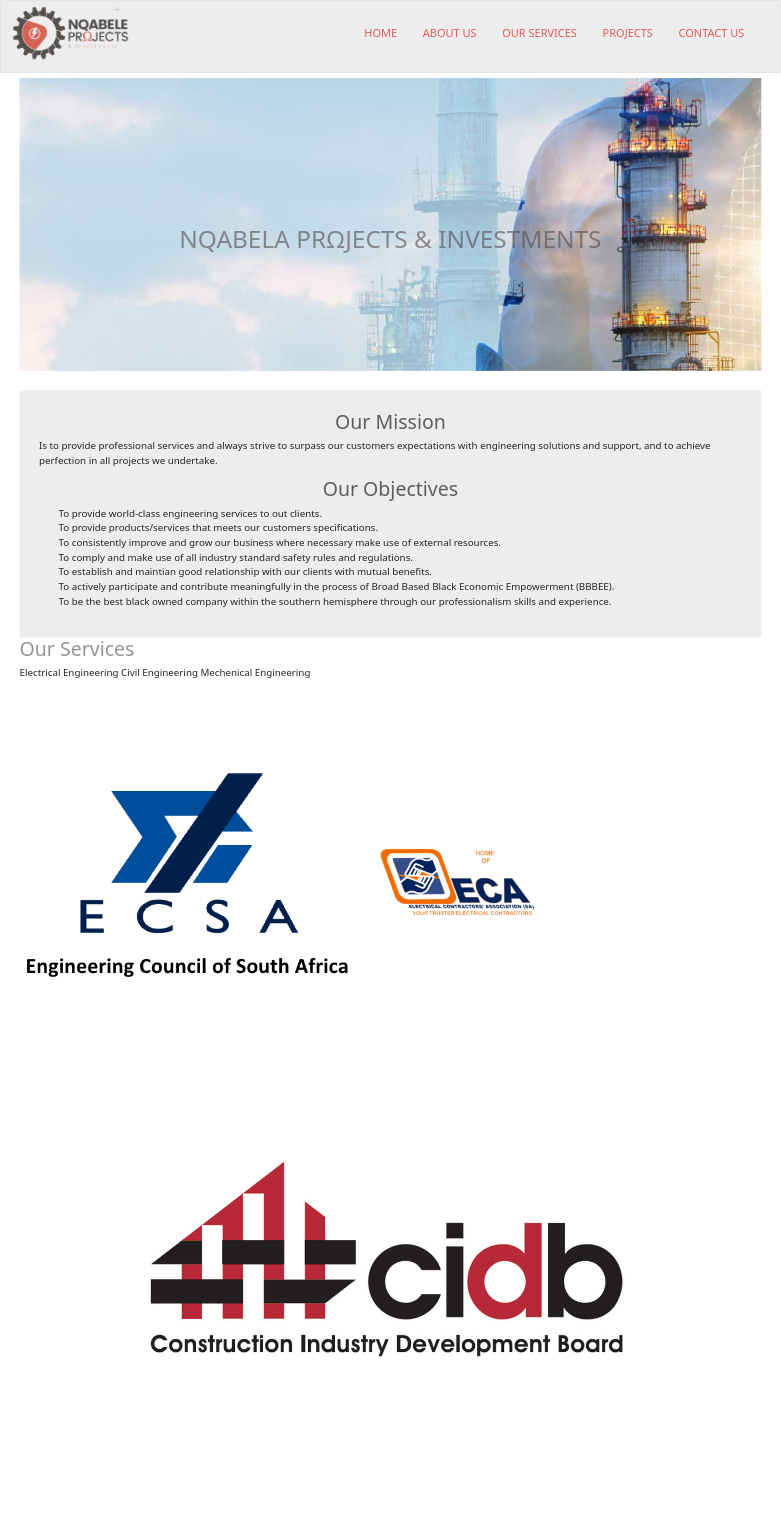
Repository: mnqobiMenzi/Nqabela
Page: index.html
These files come from the project's save history. The page is drawn as it stood at one moment and after the next save; the edit follows.
The browser window is 1280 px wide. The pictures show the whole page, at 61% of full size.

Above is the page before, as saved 2024-01-30 20:55:19.

### index.html
<!DOCTYPE html>
<html lang="en">
<head>
    <meta charset="UTF-8">
    <meta name="viewport" content="width=device-width, initial-scale=1.0">
    <link rel="stylesheet" href="https://cdnjs.cloudflare.com/ajax/libs/font-awesome/6.5.1/css/all.min.css" integrity="sha512-DTOQO9RWCH3ppGqcWaEA1BIZOC6xxalwEsw9c2QQeAIftl+Vegovlnee1c9QX4TctnWMn13TZye+giMm8e2LwA==" crossorigin="anonymous" referrerpolicy="no-referrer" />
    <link rel="stylesheet" href="https://cdnjs.cloudflare.com/ajax/libs/normalize/8.0.1/normalize.min.css" integrity="sha512-NhSC1YmyruXifcj/KFRWoC561YpHpc5Jtzgvbuzx5VozKpWvQ+4nXhPdFgmx8xqexRcpAglTj9sIBWINXa8x5w==" crossorigin="anonymous" referrerpolicy="no-referrer" />
    <link href="https://cdn.jsdelivr.net/npm/bootstrap@5.3.2/dist/css/bootstrap.min.css" rel="stylesheet" integrity="sha384-T3c6CoIi6uLrA9TneNEoa7RxnatzjcDSCmG1MXxSR1GAsXEV/Dwwykc2MPK8M2HN" crossorigin="anonymous">
    <title>Nqabela Projects &amp; Investments</title>
    <link rel="icon" href="images/icon.ico" type="image/x-icon">
    <link rel="stylesheet" href="style/style.css">
</head>
<body>
    <header>
        <nav class="navbar">
            <div class="logo">
                <a href="#"><img src="images/logo.png" alt="Nqabela_logo" class="logo-img"></a>
            </div>
            <ul class="navbar-list">
                <li class="navbar-item"><a href="#" class="navbar-link active">Home</a></li>
                <li class="navbar-item"><a href="aboutus.html" class="navbar-link active">About Us</a></li>
                <li class="navbar-item"><a href="services.html" class="navbar-link active">Our Services</a></li>
                <li class="navbar-item"><a href="projects.html" class="navbar-link active">Projects</a></li>
                <li class="navbar-item"><a href="contactus.html" class="navbar-link active">Contact Us</a></li>
            </ul>
        </nav>
    </header>
    <section>
        <div class="slider">
            <h1>NQABELA PR&Omega;JECTS &amp; INVESTMENTS</h1>
        </div>
        <div class="content">
            <h2>Our Mission</h2>
            <p>Is to provide professional services and always strive to surpass our customers expectations with engineering solutions and support, and to achieve perfection in all projects we undertake.</p>
            <h2>Our Objectives</h2>
            <ul>
                <li>To provide world-class engineering services to out clients.</li>
                <li>To provide products/services that meets our customers specifications.</li>
                <li>To consistently improve and grow our business where necessary make use of external resources.</li>
                <li>To comply and make use of all industry standard safety rules and regulations.</li>
                <li>To establish and maintian good relationship with our clients with mutual benefits.</li>
                <li>To actively participate and contribute meaningfully in the process of Broad Based Black Economic Empowerment (BBBEE).</li>
                <li>To be the best black owned company within the southern hemisphere through our professionalism skills and experience.</li>
            </ul>
        </div>
        <div class="services">
            <h2>Our Services</h2>
            <span>Electrical Engineering</span>
            <span>Civil Engineering</span>
            <span>Mechenical Engineering</span>
        </div>
    </section>
    <footer>
        <div class="afiliates">
            <img src="images/Ecsa.png" alt="Engineering Council of South Africa">
            <img src="images/eca.png" alt="Electrical Contractors Association (South Africa)">
            <img src="images/Untitled-1Artboard-46.jpg" alt="Electrical Contractors Association (South Africa)">
        </div>
        <div class="social-media">

        </div>
    </footer>
</body>
<script src="https://cdn.jsdelivr.net/npm/bootstrap@5.3.2/dist/js/bootstrap.bundle.min.js" integrity="sha384-C6RzsynM9kWDrMNeT87bh95OGNyZPhcTNXj1NW7RuBCsyN/o0jlpcV8Qyq46cDfL" crossorigin="anonymous"></script>
<script src="https://cdnjs.cloudflare.com/ajax/libs/font-awesome/6.5.1/js/all.min.js" integrity="sha512-GWzVrcGlo0TxTRvz9ttioyYJ+Wwk9Ck0G81D+eO63BaqHaJ3YZX9wuqjwgfcV/MrB2PhaVX9DkYVhbFpStnqpQ==" crossorigin="anonymous" referrerpolicy="no-referrer"></script>
<script src="https://code.jquery.com/jquery-3.4.1.js"></script>
</html>

### style/style.css
*
{
    padding: 0;
    margin: 0;
    text-decoration: none;
    list-style: none;
    box-sizing: border-box;
}

:root{
    --textColor: rgb(82, 77, 77, 0.1);
    --backgroundColor: rgb(221, 92, 92);
    --hTagColor: rgb(82, 77, 77, 0.6);
}

section{
    padding: 8em 2em 8em 2em;
}

img{
    max-height: 100%;
    max-width: 100%;
}

h1, h2, h3, h4, h5, h6{
    font-size: bold;
    color: var(--hTagColor);
}

/* header */
nav.navbar{
    height: 120px;
    width: 100%;
    background: var(--textColor);
    position: fixed;
    z-index: 100;
    border: 1px solid var(--textColor);
    border-radius: 0.2em;
    margin-left: 0.01em;
}

div.logo {
    margin: 0 1em 1em 0.5em;
}

div.logo img {
    max-width: 100%;
    max-height: 90px;
}

nav.navbar ul {
    float: left;
    margin-right: 40px;

}

nav.navbar li {
    display: inline-block;
    margin: 0 8px;
    line-height: 80px;
}

nav.navbar a {
    color: var(--backgroundColor);
    font-size: 18px;
    text-transform: uppercase;
    border: 1px solid transparent;
    padding: 7px 10px;
    border-radius: 3px;
    text-decoration: none;
}

.navbar-link:hover {
    text-decoration: none;
    border: 1.2px solid var(--backgroundColor);
    color: rgb(82, 77, 77);
    transition: all 0.5s ease-in-out;
}

/* Slider */
section div.slider{
    background-image: url(../images/civil-electrical-FoE-Slider-475x330px@4x-20.jpg);
    height: 30em;
    width: 100%;
    text-align: center;
    padding-top: 15em;
    margin-bottom: 2em;
}
/* Content */
div.content {
    background-color: var(--textColor);
    padding: 2em 2em 2em 2em;
}

div.content h2{
    color: rgb(82, 77, 77, 0.9);
    text-align: center;
}

After the next save:
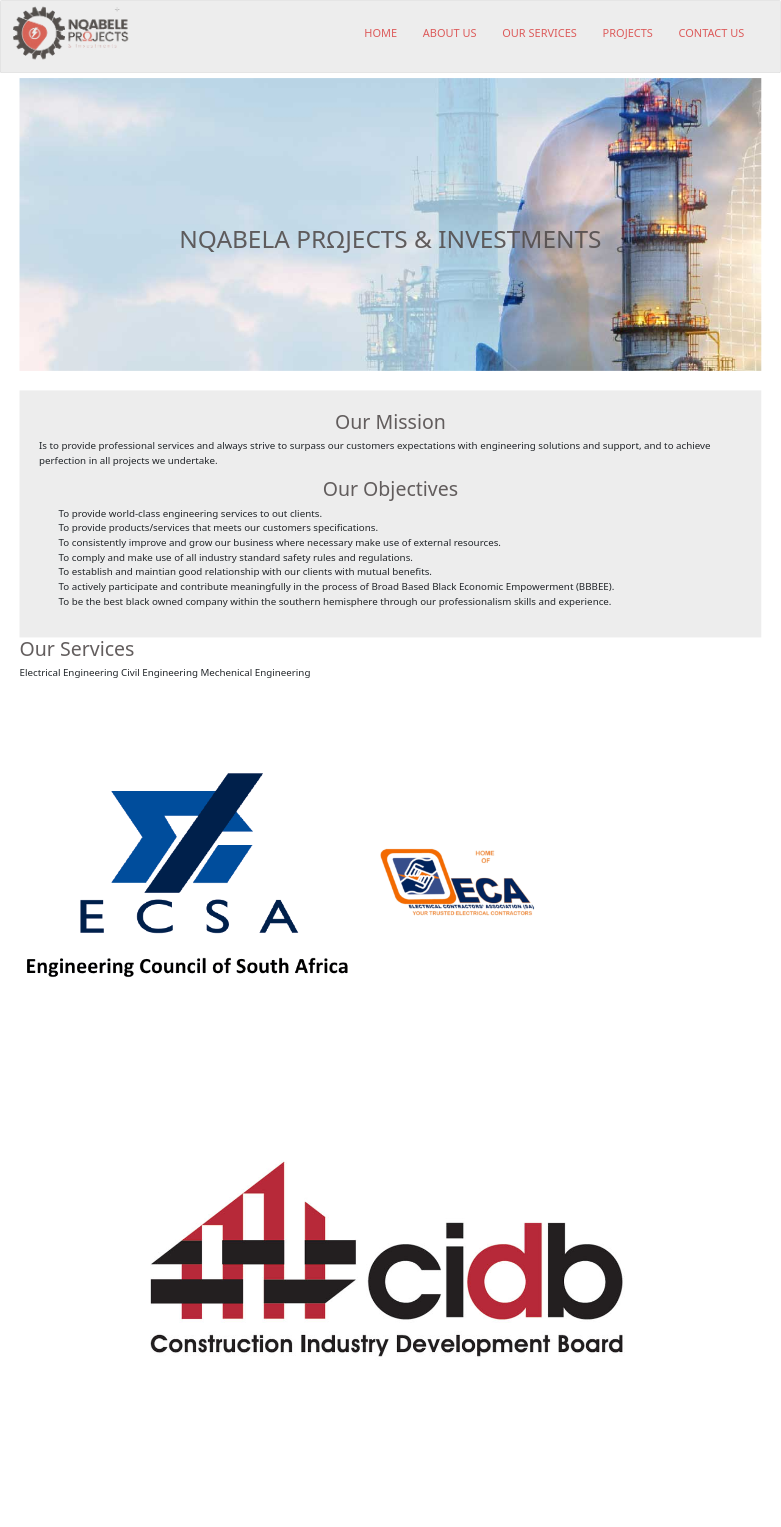
Saved 22 s later.
--- a/style/style.css
+++ b/style/style.css
@@ -10,7 +10,7 @@
 :root{
     --textColor: rgb(82, 77, 77, 0.1);
     --backgroundColor: rgb(221, 92, 92);
-    --hTagColor: rgb(82, 77, 77, 0.6);
+    --hTagColor: rgb(82, 77, 77, 0.9);
 }
 
 section{
